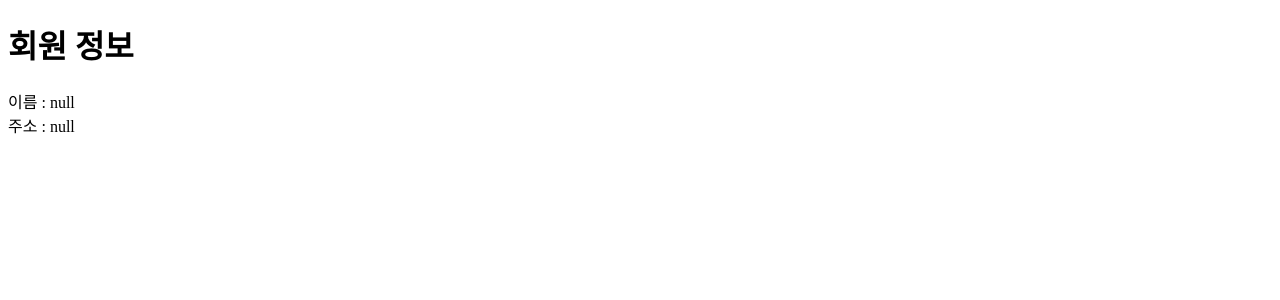
Repository: jsunnypi/JSP
Page: http://localhost/Test/info.jsp
An editor plug-in stored every save of this project. The page is shown before and after the next save, followed by the edit.
The browser window is 1280 px wide. The pictures show the whole page.
The page is served by Tomcat 9.

Above is the page before, as saved 2024-11-14 02:33:09.

### Test/src/main/webapp/info.jsp
<%@ page language="java" contentType="text/html; charset=UTF-8"
    pageEncoding="UTF-8"%>
<!DOCTYPE html>
<html>
<head>
<meta charset="UTF-8">
<title>Insert title here</title>
</head>
<body>
	<h1>회원 정보</h1>
	<%
		request.setCharacterEncoding("UTF-8");

		String name = request.getParameter("name");
		out.print("이름 : " + name + "<br>");

		String addr = request.getParameter("addr");
		out.print("주소 : " + addr + "<br>");



	%>
</body>
</html>

After the next save:
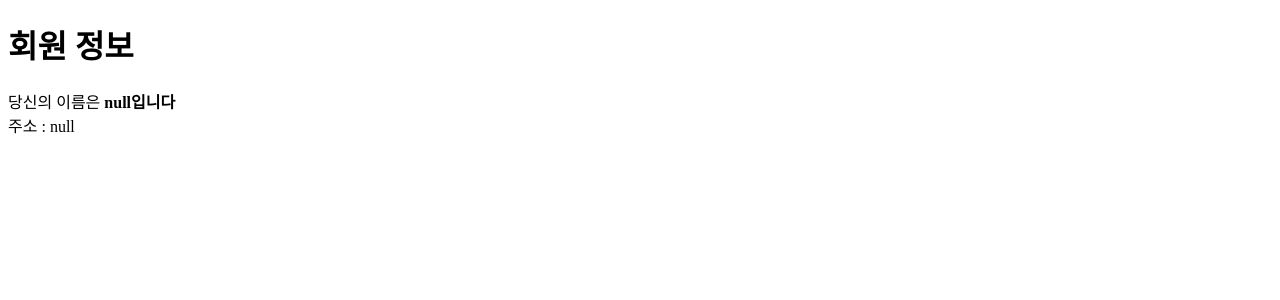
Saved 4 min 28 s later.
--- a/Test/src/main/webapp/info.jsp
+++ b/Test/src/main/webapp/info.jsp
@@ -12,13 +12,14 @@
 		request.setCharacterEncoding("UTF-8");
 
 		String name = request.getParameter("name");
-		out.print("이름 : " + name + "<br>");
+		out.print("당신의 이름은 <b> " + name + "입니다 </b><br>");
 
 		String addr = request.getParameter("addr");
 		out.print("주소 : " + addr + "<br>");
 
 
 
+
 	%>
 </body>
 </html>
